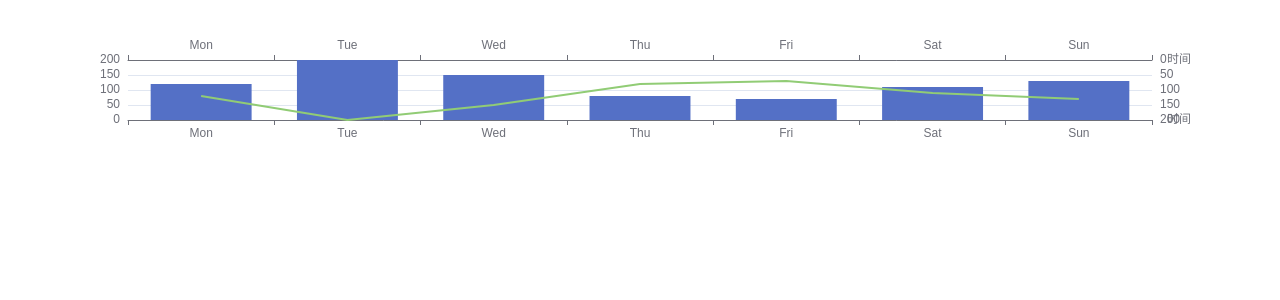
Repository: LeP-Ton/curve
Page: /
An editor plug-in stored every save of this project. The page is shown before and after a run of saves, followed by the edit.
The browser window is 1280 px wide. The pictures show the whole page.
The project was rebuilt for these pictures with package versions that can differ from the ones it lists, and the page was loaded fresh each time.

Above is the page before, as saved 2022-08-18 17:11:35.

After the next 2 saves:
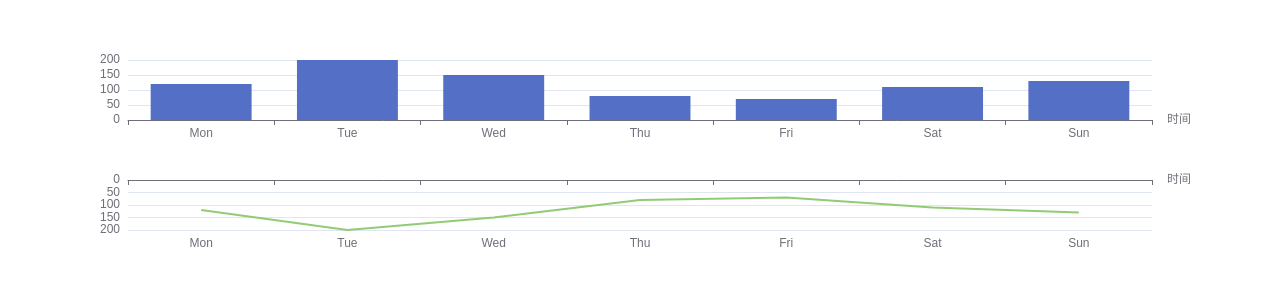
The 2 saves are shown as one change because 1 did not build or start.
The last was saved 119 s later.
--- a/src/index.js
+++ b/src/index.js
@@ -23,6 +23,7 @@ const option = {
       name: "时间",
       type: "category",
       data: ["Mon", "Tue", "Wed", "Thu", "Fri", "Sat", "Sun"],
+      gridIndex: 1
     },
   ],
   yAxis: [
@@ -30,6 +31,7 @@ const option = {
     {
       type: "value",
       inverse: true,
+      gridIndex: 1
     },
   ],
   grid: [
